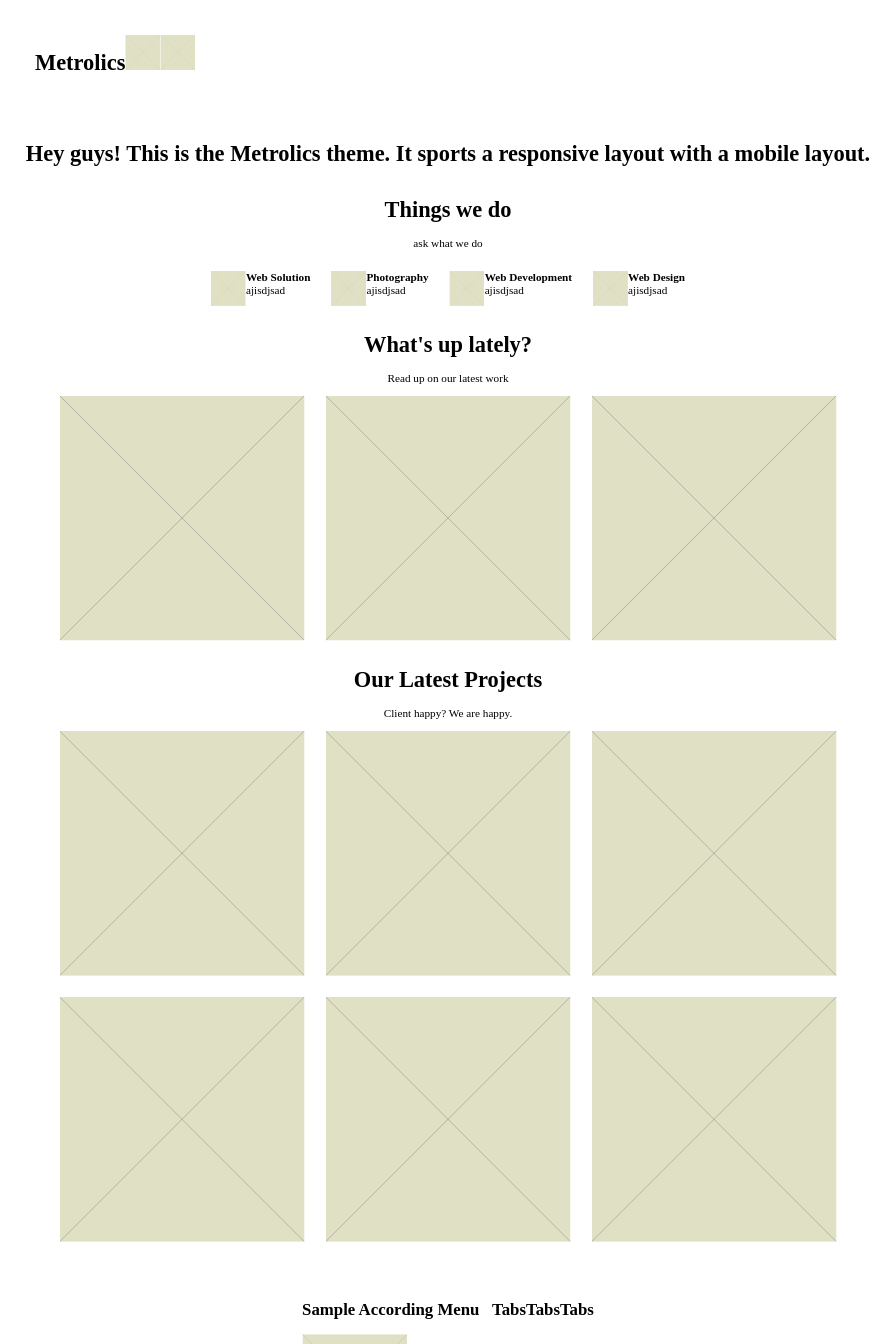
Repository: ReallyNguyen/responsive-web
Page: index.html
These files come from the project's save history. The page is drawn as it stood at one moment and after the next save; the edit follows.
The browser window is 1280 px wide. The pictures show the part of the page from y = 0 to 1920 px (the page is 2674 px tall), at 70% of full size.

Above is the page before, as saved 2023-01-25 21:39:14.

After the next save:
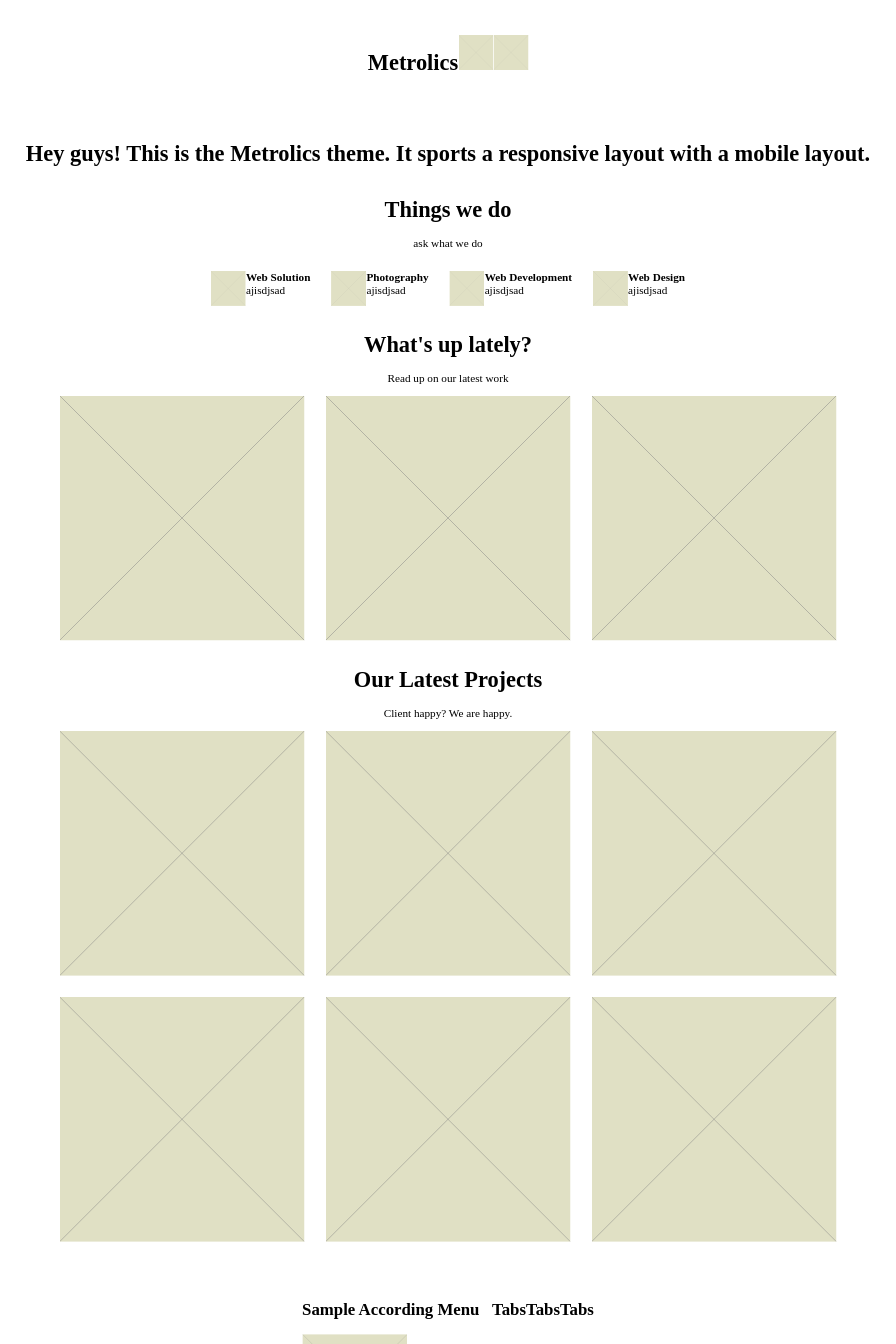
Saved 17 s later.
--- a/css/main.css
+++ b/css/main.css
@@ -1,7 +1,8 @@
 .nav-bar {
   display: flex;
-  margin: auto auto auto;
-  padding: 50px;
+  flex-direction: row;
+  justify-content: center;
+  margin: 50px;
 }
 
 .introduction {
@@ -12,7 +13,7 @@
 .social-box {
   display: flex;
   flex-direction: row;
-  justify-content: space-between;
+  justify-content: space-around;
   padding: 10%;
 
 }
